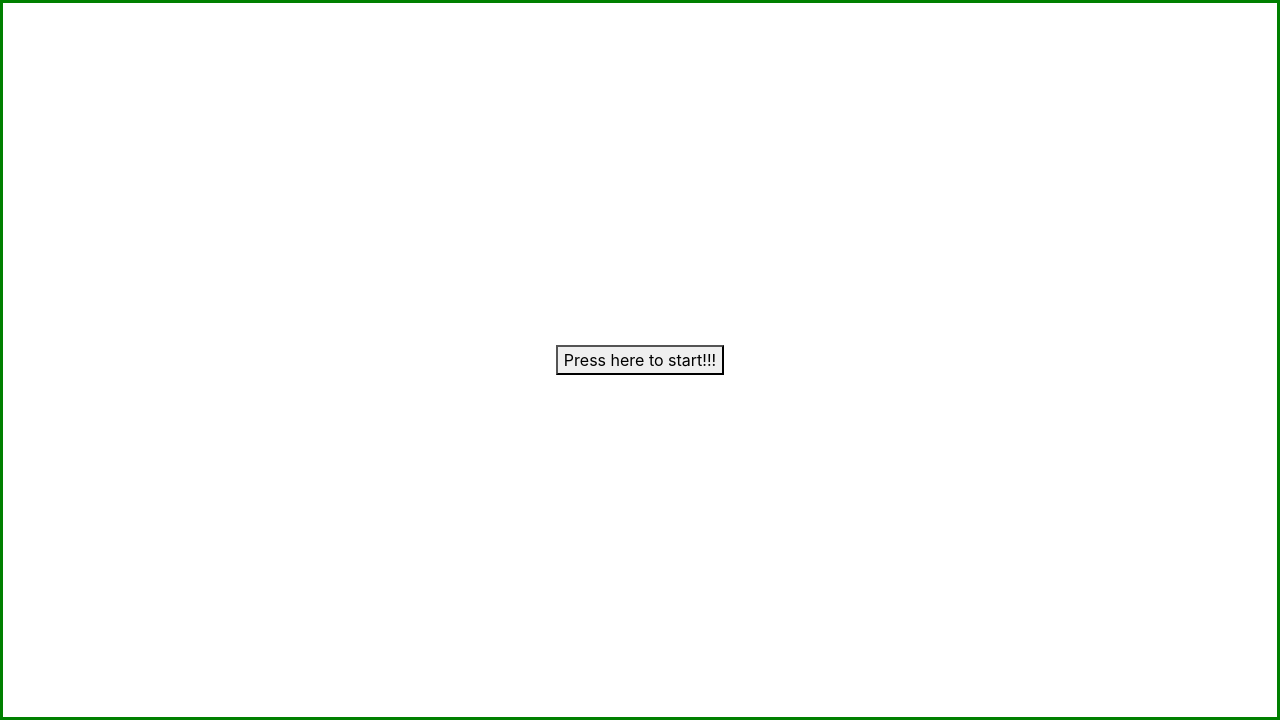
Repository: tts2610/React-Intro
Page: /
An editor plug-in stored every save of this project. The page is shown before and after the next save, followed by the edit.
The browser window is 1280 px wide. The pictures show the whole page.
Some web libraries are served in a nearby version. The project was rebuilt for these pictures with package versions that can differ from the ones it lists, and the page was loaded fresh each time. Also part of the build but not shown: src/components/ChoiceCard.js, src/components/Button.js, src/components/Result.js, src/components/History.js.

Above is the page before, as saved 2020-05-26 23:42:41.

### public/index.html
<!DOCTYPE html>
<html lang="en">

<head>
    <meta charset="utf-8" />
    <link rel="icon" href="%PUBLIC_URL%/favicon.ico" />
    <meta name="viewport" content="width=device-width, initial-scale=1" />
    <meta name="theme-color" content="#000000" />
    <meta name="description" content="Web site created using create-react-app" />
    <link rel="apple-touch-icon" href="%PUBLIC_URL%/logo192.png" />
    <!--
      manifest.json provides metadata used when your web app is installed on a
      user's mobile device or desktop. See https://developers.google.com/web/fundamentals/web-app-manifest/
    -->
    <link rel="manifest" href="%PUBLIC_URL%/manifest.json" />
    <!--
      Notice the use of %PUBLIC_URL% in the tags above.
      It will be replaced with the URL of the `public` folder during the build.
      Only files inside the `public` folder can be referenced from the HTML.

      Unlike "/favicon.ico" or "favicon.ico", "%PUBLIC_URL%/favicon.ico" will
      work correctly both with client-side routing and a non-root public URL.
      Learn how to configure a non-root public URL by running `npm run build`.
    -->
    <title>React App</title>
    <link rel="stylesheet" href="https://maxcdn.bootstrapcdn.com/bootstrap/4.0.0/css/bootstrap.min.css" integrity="sha384-Gn5384xqQ1aoWXA+058RXPxPg6fy4IWvTNh0E263XmFcJlSAwiGgFAW/dAiS6JXm" crossorigin="anonymous">
</head>

<body>
    <noscript>You need to enable JavaScript to run this app.</noscript>
    <div id="root"></div>
    <!--
      This HTML file is a template.
      If you open it directly in the browser, you will see an empty page.

      You can add webfonts, meta tags, or analytics to this file.
      The build step will place the bundled scripts into the <body> tag.

      To begin the development, run `npm start` or `yarn start`.
      To create a production bundle, use `npm run build` or `yarn build`.
    -->
    <script src="https://code.jquery.com/jquery-3.2.1.slim.min.js" integrity="sha384-KJ3o2DKtIkvYIK3UENzmM7KCkRr/rE9/Qpg6aAZGJwFDMVNA/GpGFF93hXpG5KkN" crossorigin="anonymous"></script>
    <script src="https://cdnjs.cloudflare.com/ajax/libs/popper.js/1.12.9/umd/popper.min.js" integrity="sha384-ApNbgh9B+Y1QKtv3Rn7W3mgPxhU9K/ScQsAP7hUibX39j7fakFPskvXusvfa0b4Q" crossorigin="anonymous"></script>
    <script src="https://maxcdn.bootstrapcdn.com/bootstrap/4.0.0/js/bootstrap.min.js" integrity="sha384-JZR6Spejh4U02d8jOt6vLEHfe/JQGiRRSQQxSfFWpi1MquVdAyjUar5+76PVCmYl" crossorigin="anonymous"></script>
</body>

</html>

### src/App.js
import React , {Component } from 'react';
import './App.css';
import ChoiceCard from './components/ChoiceCard';
import Button from './components/Button';
import Result from './components/Result';
import History from './components/History';


const choices = {
  rock:
    "https://opengameart.org/sites/default/files/forum-attachments/very%20simple%20rock_0.png",
  paper: "http://pngimagesfree.com/Paper/Thumb/blank-note-paper-free-clipa.png",
  scissor: "http://www.pngmart.com/files/1/Scissors-PNG-Pic.png"
};

export default class App extends Component{
    // const [choiceDic,setChoice] = useState({me:{winner:1,imgURL:choices.rock},computer:{winner:0,imgURL:choices.scissor}})
  constructor(props){
    super(props);
    this.state = {
      isStart:false,
      me:{winner:1,imgURL:"http://www.pngmart.com/files/1/Scissors-PNG-Pic.png"},
      computer:{winner:0,imgURL:"http://pngimagesfree.com/Paper/Thumb/blank-note-paper-free-clipa.png"},
      history:[]
    }
  }

  randomProperty = function (obj) {
    let keys = Object.keys(obj);
    let randomNum = keys.length * Math.random() << 0;
    return [obj[keys[randomNum]],keys[randomNum]];
  };

  handleClick = (myChoice)=>{
    let random = this.randomProperty(choices)
    let computerChoice = random[1];
    let myWinnerState;
    let computerWinnerState;
    if ((myChoice==='rock' && computerChoice==='scissor')||(myChoice==='paper' && computerChoice==='rock')|| (myChoice==='scissor' && computerChoice==='paper')) {
        myWinnerState = 1;
        computerWinnerState = 0;
    }else if((computerChoice==='rock' && myChoice==='scissor')||(computerChoice==='paper' && myChoice==='rock')|| (computerChoice==='scissor' && myChoice==='paper')){
        computerWinnerState = 1;
        myWinnerState = 0;
    }
    else{
        computerWinnerState = 2;
        myWinnerState = 2;
    }
    this.setState({
      me: {winner:myWinnerState,imgURL:choices[myChoice]},
      computer:{winner:computerWinnerState,imgURL:random[0]},
      history:[...this.state.history,[myWinnerState,computerWinnerState]]
    },()=>{
      console.log(this.state.history)
    });

  }

  render(){

    if(!this.state.isStart){
      return(<div className="center">
          <button>Press here to start!!!</button>
      </div>)
    }
    return (
      <div className="App">
        <div className="row">
          <div className="col-6">
              <ChoiceCard title="You" winner={this.state.me.winner} imgURL={this.state.me.imgURL} />
          </div>
          <div className="col-6">
              <ChoiceCard title="Computer" winner={this.state.computer.winner} imgURL={this.state.computer.imgURL}/>
          </div>
        </div>

        <div className="row rowOfButtons">
        <Button type="rock" handleClick={this.handleClick}/>
        <Button type="paper" handleClick={this.handleClick}/>
        <Button type="scissor" handleClick={this.handleClick}/>
        </div>
        <div className="row mx-auto resultContainer py-5">
          <div className="col-md-3 rainbow mr-5 resultInner">
          <Result result={[this.state.me.winner,this.state.computer.winner]}/>
          </div>
          <div className="col-md-3 rainbow">
            <History historyList={this.state.history}/>
          </div>

        </div>
      </div>
    );
  }

}

### src/App.css
.App {
    min-height: 100vh;
    text-align: center;
    background-color: #e9ebee;
}

.rowOfButtons {
    display: flex;
    justify-content: center;
}

.rowOfButtons button {
    width: 100px;
}

.choice-card {
    flex: 1;
    display: flex;
    margin: 100px;
    font-size: 3em;
    padding: 0 40px;
    font-weight: 300;
    text-align: center;
    border-radius: 25px;
    flex-direction: column;
    align-items: center;
    border: 1px solid black;
    background-color: white;
    justify-content: space-around;
    box-shadow: 0 4px 8px 0 rgba(0, 0, 0, 0.2), 0 6px 20px 0 rgba(0, 0, 0, 0.19);
}

img {
    width: 250px;
    height: 250px;
}

h1 {
    font-size: 50px;
}

.winner {
    color: green;
    border: 10px solid green;
}

.loser {
    color: red;
    border: 10px solid red;
}

.tie {
    border: 10px solid black;
}

.result {
    width: max-content;
    display: flex;
    justify-content: center;
}

@-webkit-keyframes rotate {
    100% {
        -webkit-transform: rotate(1turn);
        transform: rotate(1turn);
    }
}

@keyframes rotate {
    100% {
        -webkit-transform: rotate(1turn);
        transform: rotate(1turn);
    }
}

.rainbow {
    position: relative;
    z-index: 0;
    width: 400px;
    height: 300px;
    border-radius: 10px;
    overflow: hidden;
    padding: 2rem;
    padding-bottom: 50px;
}

.rainbow::before {
    content: '';
    position: absolute;
    z-index: -2;
    left: -50%;
    top: -50%;
    width: 200%;
    height: 200%;
    background-color: #399953;
    background-repeat: no-repeat;
    background-size: 50% 50%, 50% 50%;
    background-position: 0 0, 100% 0, 100% 100%, 0 100%;
    background-image: -webkit-gradient(linear, left top, left bottom, from(#399953), to(#399953)), -webkit-gradient(linear, left top, left bottom, from(#fbb300), to(#fbb300)), -webkit-gradient(linear, left top, left bottom, from(#d53e33), to(#d53e33)), -webkit-gradient(linear, left top, left bottom, from(#377af5), to(#377af5));
    background-image: linear-gradient(#399953, #399953), linear-gradient(#fbb300, #fbb300), linear-gradient(#d53e33, #d53e33), linear-gradient(#377af5, #377af5);
    -webkit-animation: rotate 4s linear infinite;
    animation: rotate 4s linear infinite;
}

.rainbow::after {
    content: '';
    position: absolute;
    z-index: -1;
    left: 6px;
    top: 6px;
    width: calc(100% - 12px);
    height: calc(100% - 12px);
    background: white;
    border-radius: 5px;
}

.resultInner {
    display: flex;
    align-items: center;
    justify-content: center;
}

.resultContainer {
    justify-content: center;
}

.center {
    display: flex;
    justify-content: center;
    align-items: center;
    height: 100vh;
    border: 3px solid green;
}

Loaded but not shown: src/index.js (common file); src/index.css (common file); src/serviceWorker.js (common file)

After the next save:
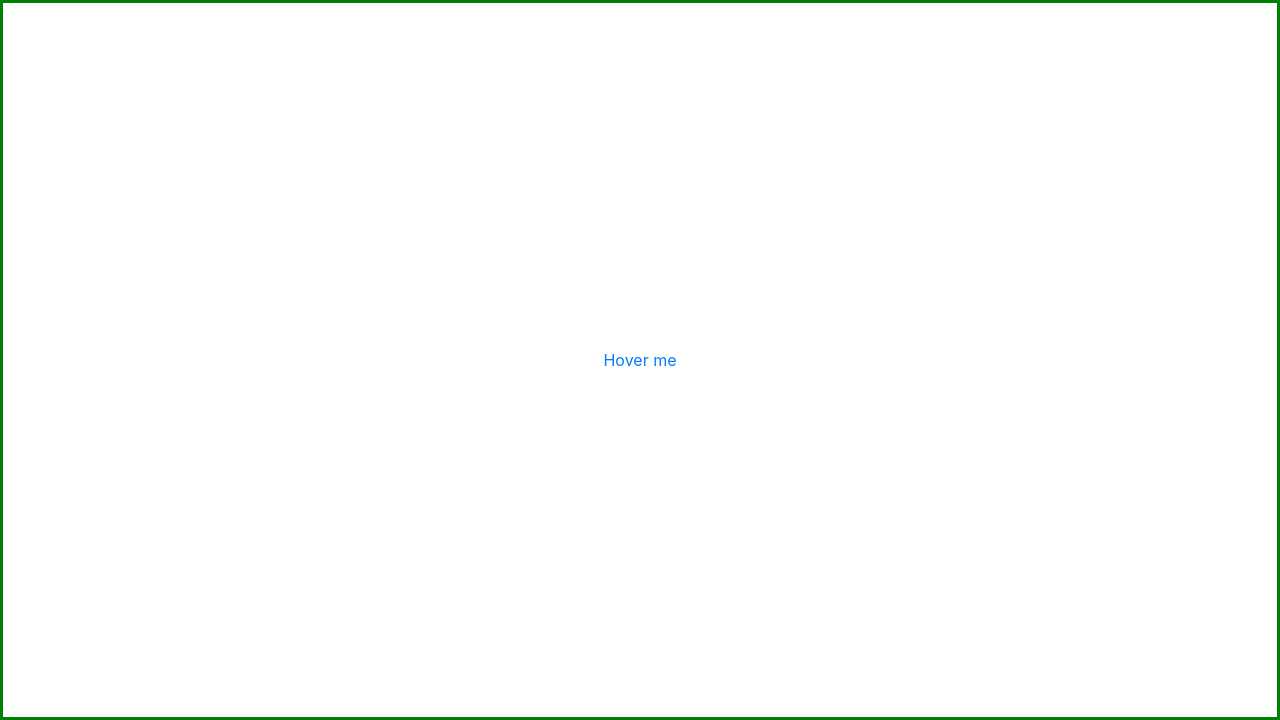
Saved 76 s later.
--- a/src/App.js
+++ b/src/App.js
@@ -61,7 +61,10 @@ export default class App extends Component{
 
     if(!this.state.isStart){
       return(<div className="center">
-          <button>Press here to start!!!</button>
+          <a href="" class="btn btn-2">
+            <span class="txt">Hover me</span>
+            <span class="round"><i class="fa fa-chevron-right"></i></span>
+        </a>
       </div>)
     }
     return (
